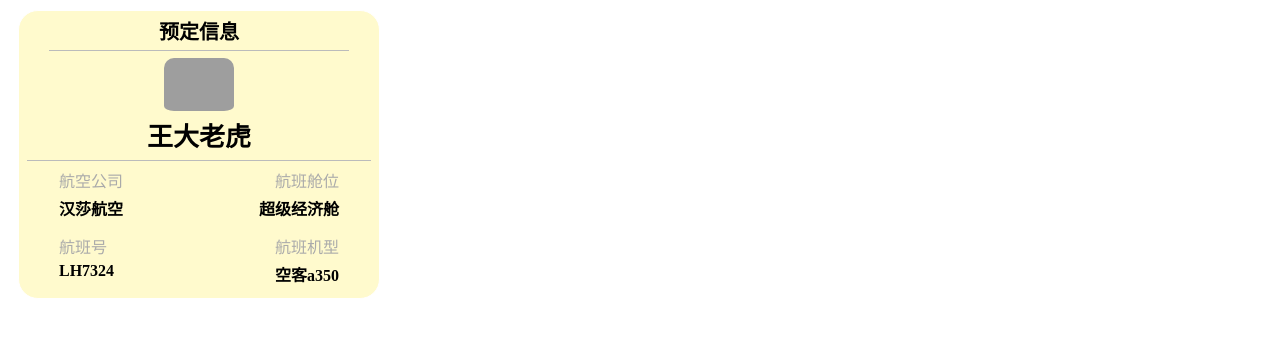
Repository: xzm1997/react-learning
Page: /
An editor plug-in stored every save of this project. The page is shown before and after the next save, followed by the edit.
The browser window is 1280 px wide. The pictures show the whole page.
Pictures or frames that could not be fetched are drawn as grey boxes. The project was rebuilt for these pictures with package versions that can differ from the ones it lists, and the page was loaded fresh each time.

Above is the page before, as saved 2023-01-31 11:13:08.

After the next save:
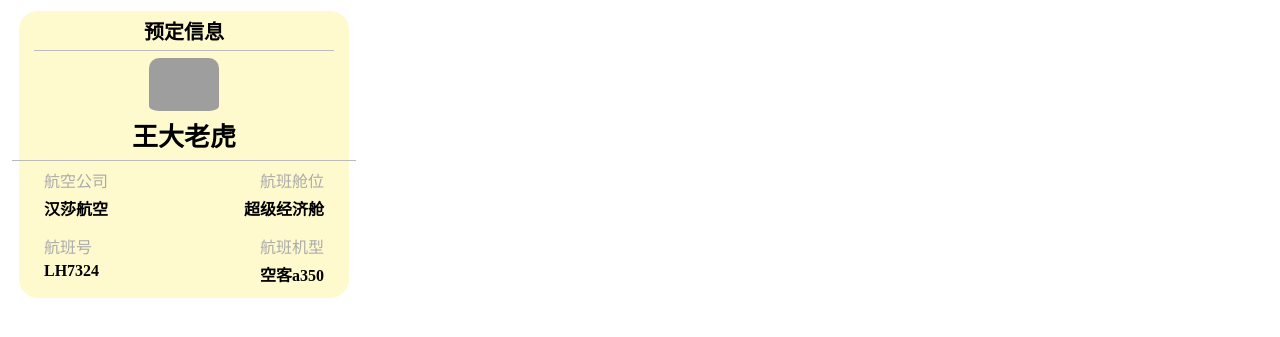
Saved 7 s later.
--- a/src/index.css
+++ b/src/index.css
@@ -1,5 +1,5 @@
 .contentDisplay {
-  width: 350px;
+  width: 320px;
   border: solid 1px #fff;
   background: lemonchiffon;
   border-radius: 20px;
